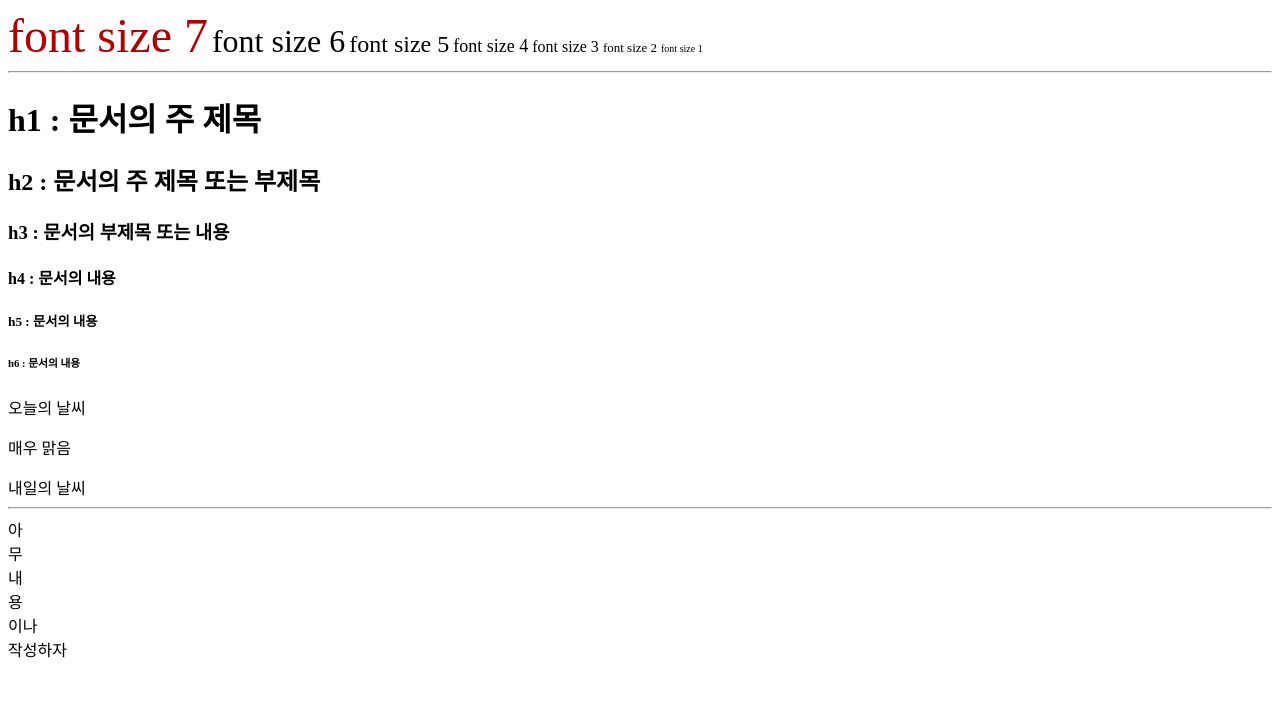
Repository: thswlsqls/JspWorkspace
Page: html/ex01.html
An editor plug-in stored every save of this project. The page is shown before and after the next save, followed by the edit.
The browser window is 1280 px wide. The pictures show the whole page.

Above is the page before, as saved 2021-04-09 08:03:34.

After the next save:
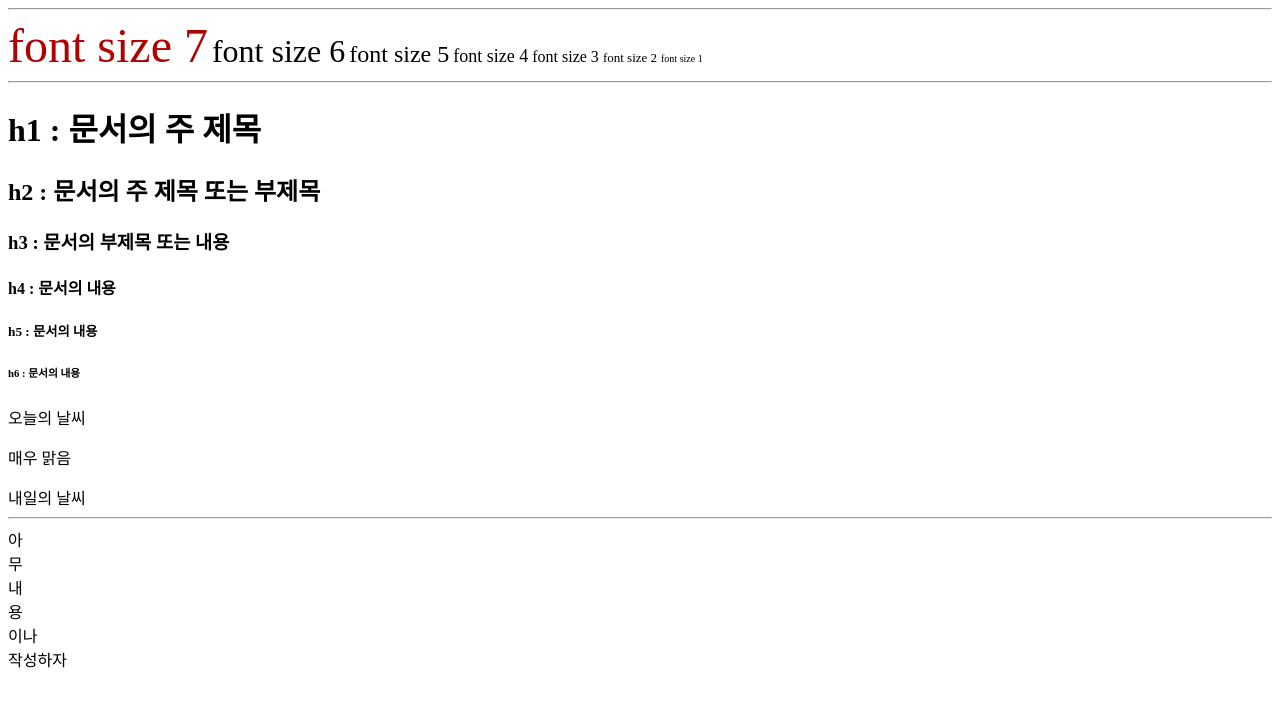
Saved 84 s later.
--- a/html/ex01.html
+++ b/html/ex01.html
@@ -8,6 +8,8 @@
 <body text="white" bgcolor="black">
  -->
 <body>
+	<font size="6" style="background-color:red"></font>
+<hr>
 	<font size="7" color="blut" face="궁서체">font size 7</font>
 	<font size="6">font size 6</font>
 	<font size="5">font size 5</font>
